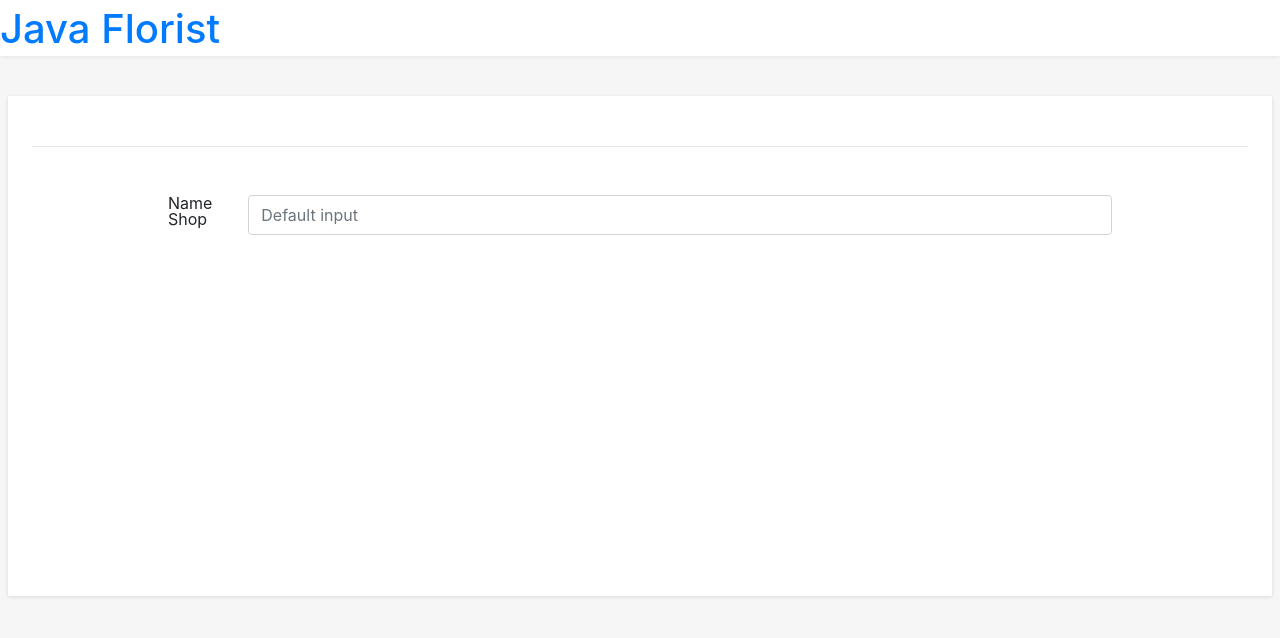
Repository: hienttm/flower-java-florist
Page: JavaFlorist/JavaFlorist/wwwroot/BecomePartner/index.html
These files come from the project's save history. The page is drawn as it stood at one moment and after a run of saves; the edit follows.
The browser window is 1280 px wide. The pictures show the whole page.
Some web libraries are served in a nearby version.

Above is the page before, as saved 2023-12-29 17:47:51.

After the next 3 saves:
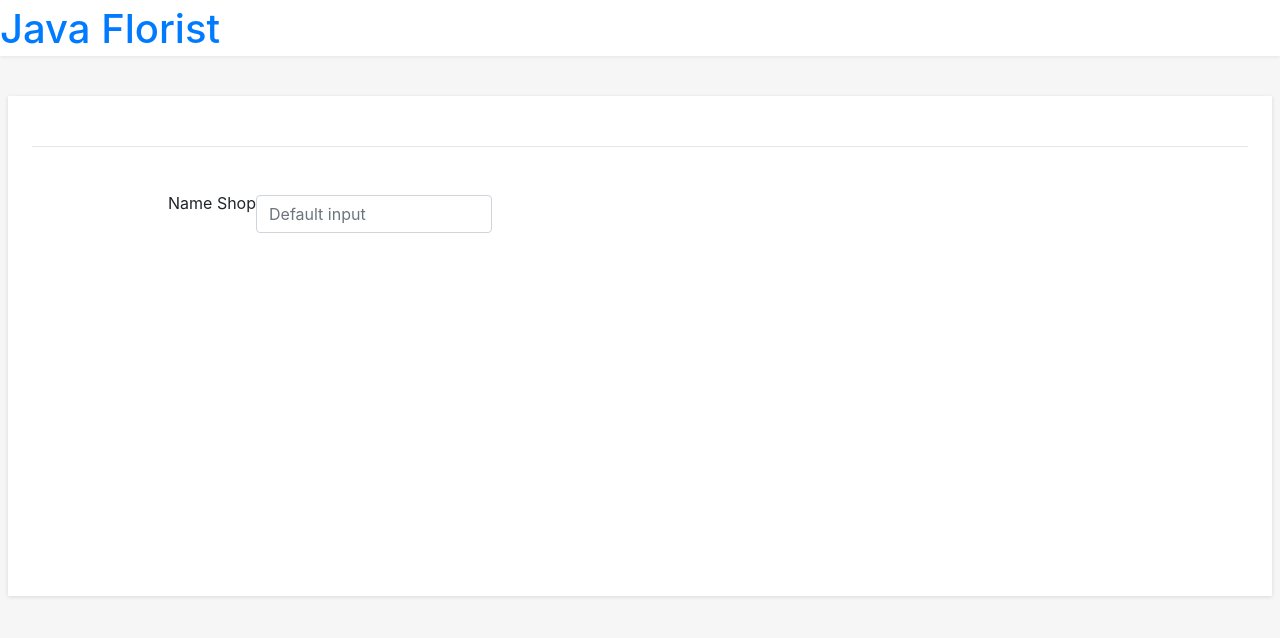
The 3 saves are shown as one change because they came seconds apart.
The last was saved 8 s later.
--- a/JavaFlorist/JavaFlorist/wwwroot/BecomePartner/index.html
+++ b/JavaFlorist/JavaFlorist/wwwroot/BecomePartner/index.html
@@ -30,9 +30,9 @@
                         <div class="steps-header"></div>
                         <div class="form-input">
                             <form action="">
-                                <div class="onboarding-form-item d-flex ">
+                                <div class="onboarding-form-item d-flex ju">
                                     <label for="">Name Shop</label>
-                                    <input class="form-control" type="text" placeholder="Default input">
+                                    <input class="form-control w-25" type="text" placeholder="Default input">
                                 </div>
                             </form>
                         </div>
